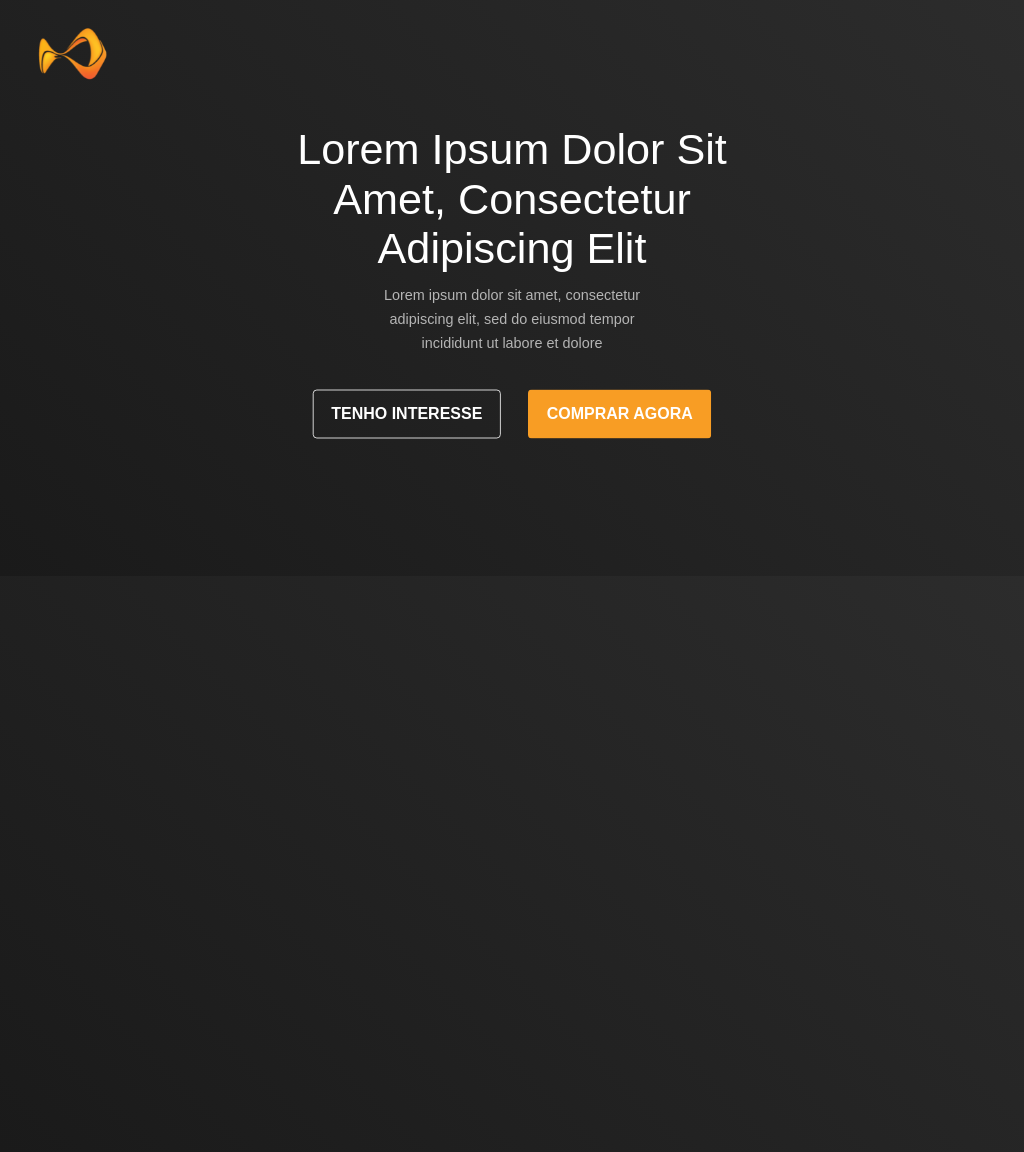
Repository: Rafael-Araujo-dev/Treinamento-Raccoon
Page: Projeto-2/index.html
An editor plug-in stored every save of this project. The page is shown before and after a run of saves, followed by the edit.
The browser window is 1280 px wide. The pictures show the whole page, at 80% of full size.
Some web fonts or font styles are not loaded; a fallback is used.

Above is the page before, as saved 2021-09-23 07:39:05.

### Projeto-2/index.html
<!DOCTYPE html>
<html>
    <head>
        <title></title>
        <meta charset="utf-8"/>
        <meta name="viewport" content="width=device-width,initial-scale=1.0,maximum-scale=1.0">
        <link rel="preconnect" href="https://fonts.googleapis.com">
        <link rel="preconnect" href="https://fonts.gstatic.com" crossorigin>
        <link href="https://fonts.googleapis.com/css2?family=Yantramanav:wght@300;400;700&display=swap" rel="stylesheet">
        <link rel="stylesheet" href="css/style.css"/>
    </head>
    <body>
        <section class="hero-section">
            <div class="hero-header">
                <img class="logo" src="images/LOGOSYNAPSE_simbolo_laranja.png"/>
            </div>
            <div class="hero-container">
                <div class="hero-title">
                    Lorem ipsum dolor sit amet, consectetur adipiscing elit
                </div>
                <div class="hero-text">
                    Lorem ipsum dolor sit amet, consectetur adipiscing elit, sed do eiusmod tempor incididunt ut labore et dolore
                </div>
            </div>
            <div class="hero-btn-group">
                <button class="btn secondary">
                    Tenho interesse
                </button>
                <button class="btn primary">
                    Comprar agora
                </button>
            </div>
        </section>

        <section class="course-summary">

        </section>

    </body>
</html>

### Projeto-2/css/style.css
* {
    margin: 0;
    padding: 0;
    box-sizing: border-box;
    font-family: 'Yantramanav', sans-serif;
}

.btn {
    font-size: 20px;
    text-transform: uppercase;
    padding: 18px 22px;
    margin: 0px 15px 24px 15px;
    font-weight: bold;
}

@media (max-width: 890px) {
    .btn {
        font-size: 20px;
    }
}

@media (max-width: 645px) {
    .btn {
        font-size: 17px;
    }
}

@media (max-width: 500px) {
    .btn {
        font-size: 16px;
    }
}

.btn.primary {
    background-color: #F89D24;
    border: 1px solid transparent;
    border-radius: 5px;
    color: #FFF;
}

.btn.secondary {
    background-color: transparent;
    border: 1px solid #FFF;
    border-radius: 5px;
    color: #FFF;
}

.hero-section {
    background: rgb(26,26,26);
    background: linear-gradient(45deg, rgba(26,26,26,1) 0%, rgba(44,44,44,1) 100%);
    min-height: 100vh;
    display: flex;
    flex-direction: column;
    justify-content: space-around;
}

.hero-header .logo {
    margin-left: 3.15%;
    margin-top: 2%;
    width: 12.1%;
    max-width: 100px;
}

.hero-container {
    position: relative;
    margin: auto;
    width: 50%;
    display: flex;
    flex-direction: column;
    flex-wrap: wrap;
}

@media (max-width: 1240px) {
    .hero-container {
        width: 60%;
    }
}

@media (max-width: 1028px) {
    .hero-container {
        width: 70%;
    }
}

@media (max-width: 890px) {
    .hero-container {
        width: 80%;
    }
}

.hero-title, .hero-text {
    color: #FFFFFF;
    text-align: center;
}

.hero-title {
    font-size: 54px;
    /* margin-top: 15.5vh; */
    text-transform: capitalize;
}

@media (max-width: 890px) {
    .hero-title {
        /* margin-top: 14%; */
        font-size: 45px;
    }
}

@media (max-width: 645px) {
    .hero-title {
        /* margin-top: 8%; */
        font-size: 40.5px;
    }
}

@media (max-width: 500px) {
    .hero-title {
        /* margin-top: 0%; */
    }
}

.hero-text {
    color: #B5B5B5;
    font-size: 18px;
    width: 60%;
    margin-top: 1.8vh;
    line-height: 30px;
    align-self: center;
}

@media (max-width: 1024px) {
    .hero-text {
        width: 80%;
    }
}

@media (max-width: 890px) {
    .hero-text {

        font-size: 15px;
        width: 50%;
    }
}

@media (max-width: 645px) {
    .hero-text {

        font-size: 13.5px;
        width: 80%;
    }
}

@media (max-width: 500px) {
    .hero-text {
        /* margin-top: 5%; */
        width: 100%;
    }
}

.hero-btn-group {
    margin-bottom: 20.5vh;
    text-align: center;
}

.course-summary {
    background: rgb(26,26,26);
    background: linear-gradient(45deg, rgba(26,26,26,1) 0%, rgba(44,44,44,1) 100%);
    min-height: 100vh;
}

After the next 2 saves:
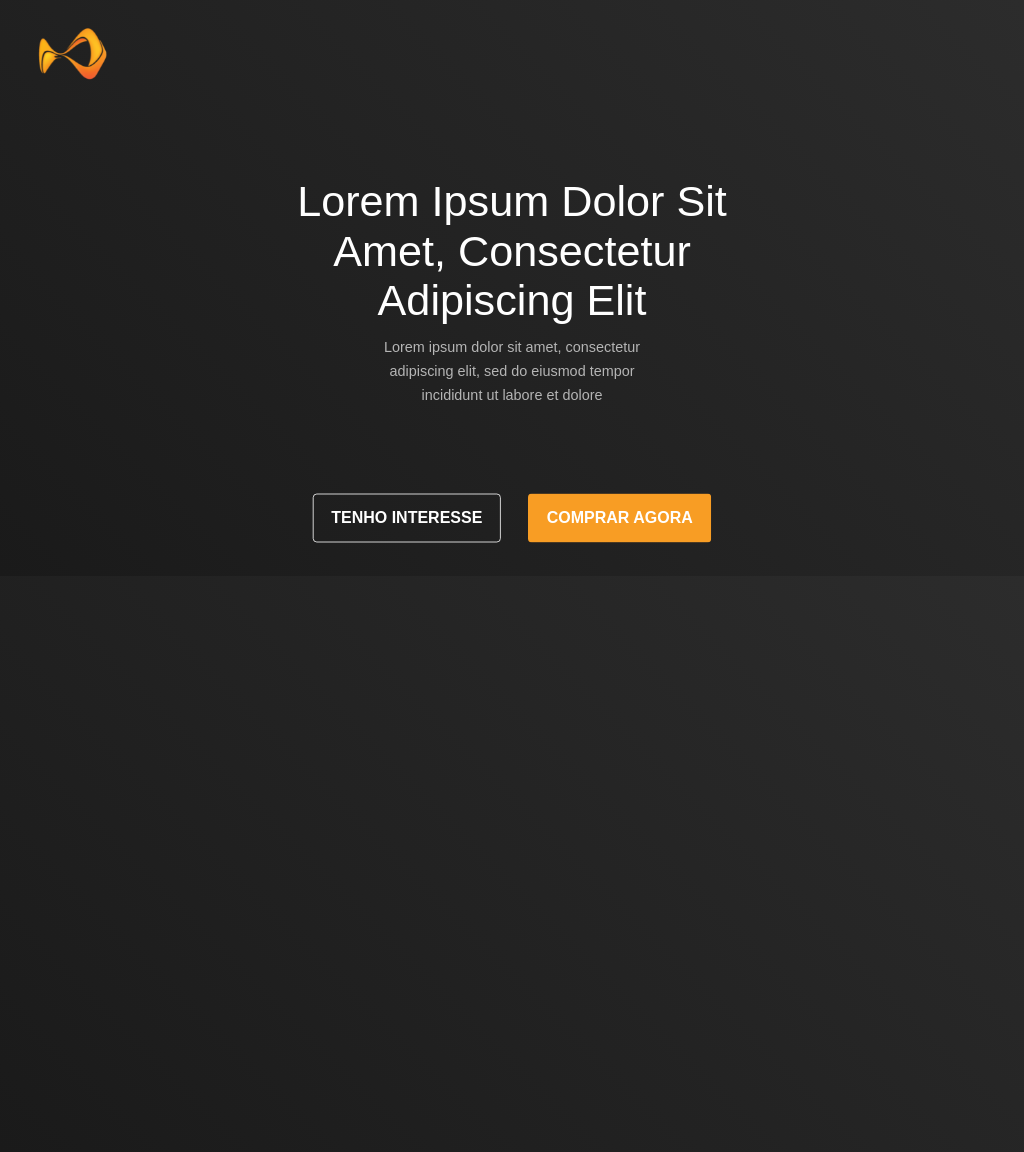
The 2 saves are shown as one change because they came seconds apart.
The last was saved 5 s later.
--- a/Projeto-2/css/style.css
+++ b/Projeto-2/css/style.css
@@ -158,7 +158,7 @@
 }
 
 .hero-btn-group {
-    margin-bottom: 20.5vh;
+    margin-bottom: 2.5vh;
     text-align: center;
 }
 
